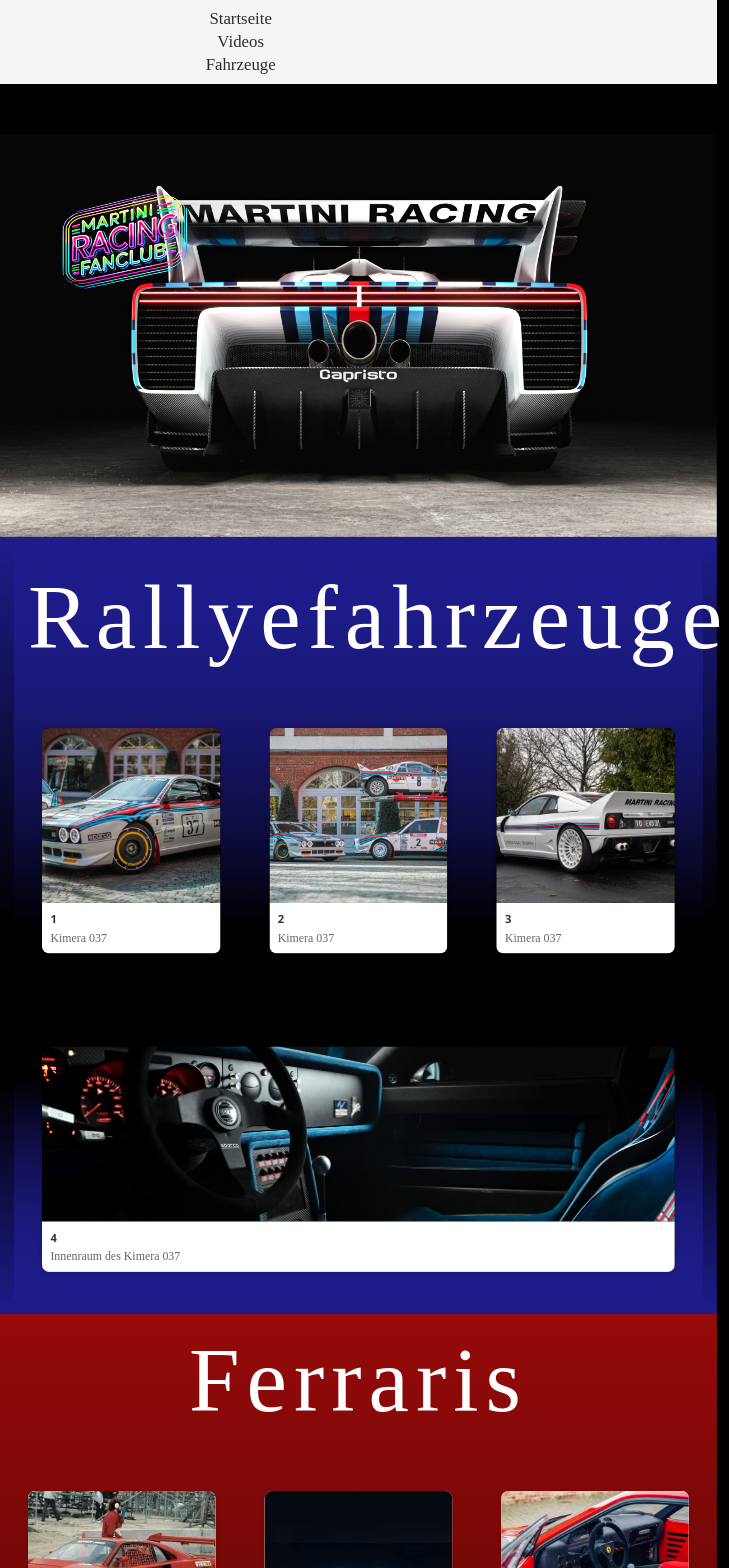
Repository: Johannes-Harald/martini-racing-fanclub
Page: /
An editor plug-in stored every save of this project. The page is shown before and after the next save, followed by the edit.
The browser window is 1024 px wide. The page is 1042 px wide, so the pictures cover 1042 px, including what lies to the right of the window. The pictures show the part of the page from y = 0 to 2240 px (the page is 7890 px tall), at 70% of full size.
Some web fonts or font styles are not loaded; a fallback is used. The project was rebuilt for these pictures with package versions that can differ from the ones it lists, and the page was loaded fresh each time. Also part of the build but not shown: vite.config.js, src/components/Lightbox/Lightbox.css, src/components/Lightbox/Lightbox.jsx, src/components/TitleCards/TitleCards.jsx, src/pages/Videos/Videos.css, src/pages/Videos/Videos.jsx.

Above is the page before, as saved 2024-10-13 10:57:07.

After the next save:
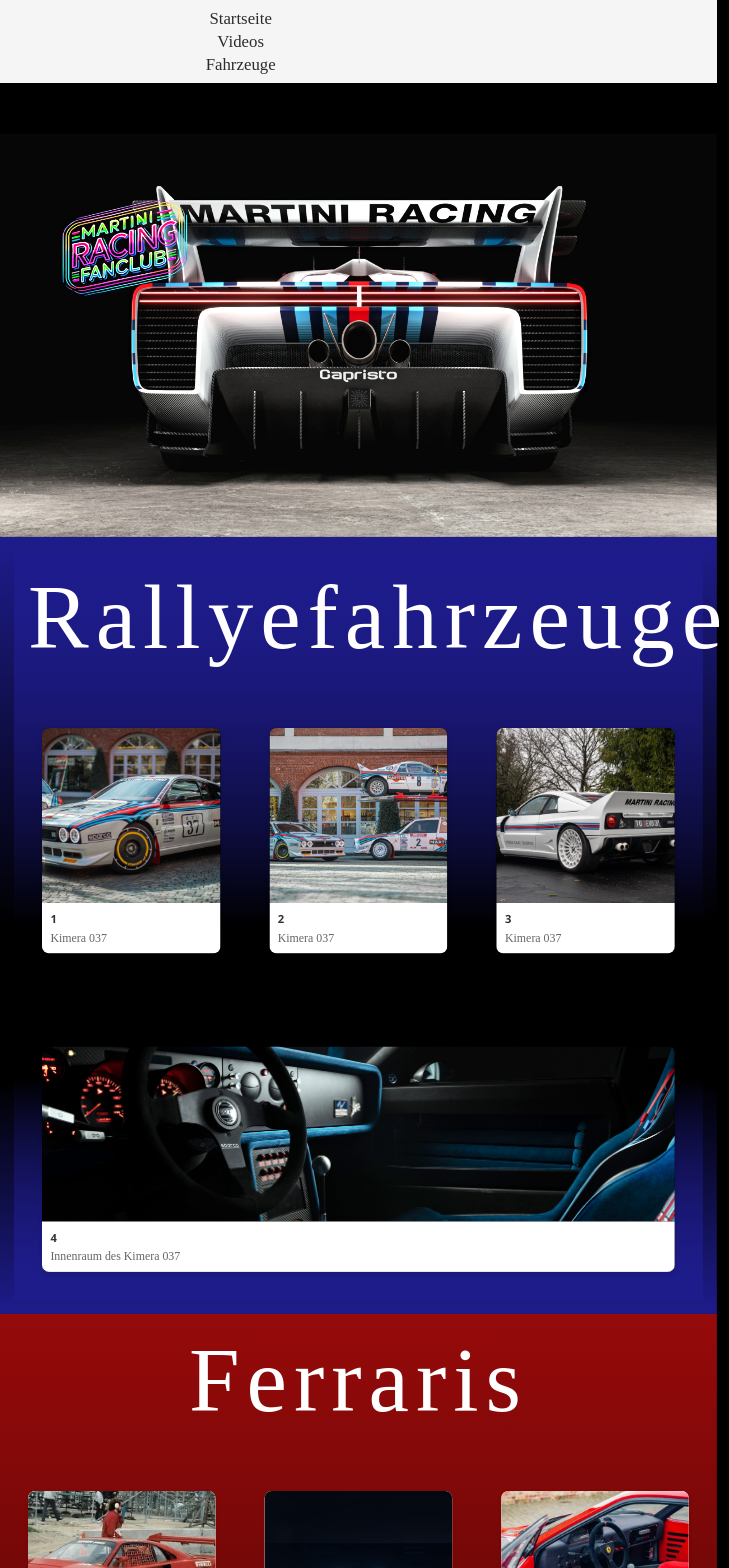
Saved 8 s later.
--- a/src/pages/Home/Home.css
+++ b/src/pages/Home/Home.css
@@ -101,7 +101,7 @@
     overflow: hidden;
   }
   .caption-img {
-    margin-bottom: 300px;
+    margin-bottom: 290px;
     height: 143px;
     width: 231px;
   }
